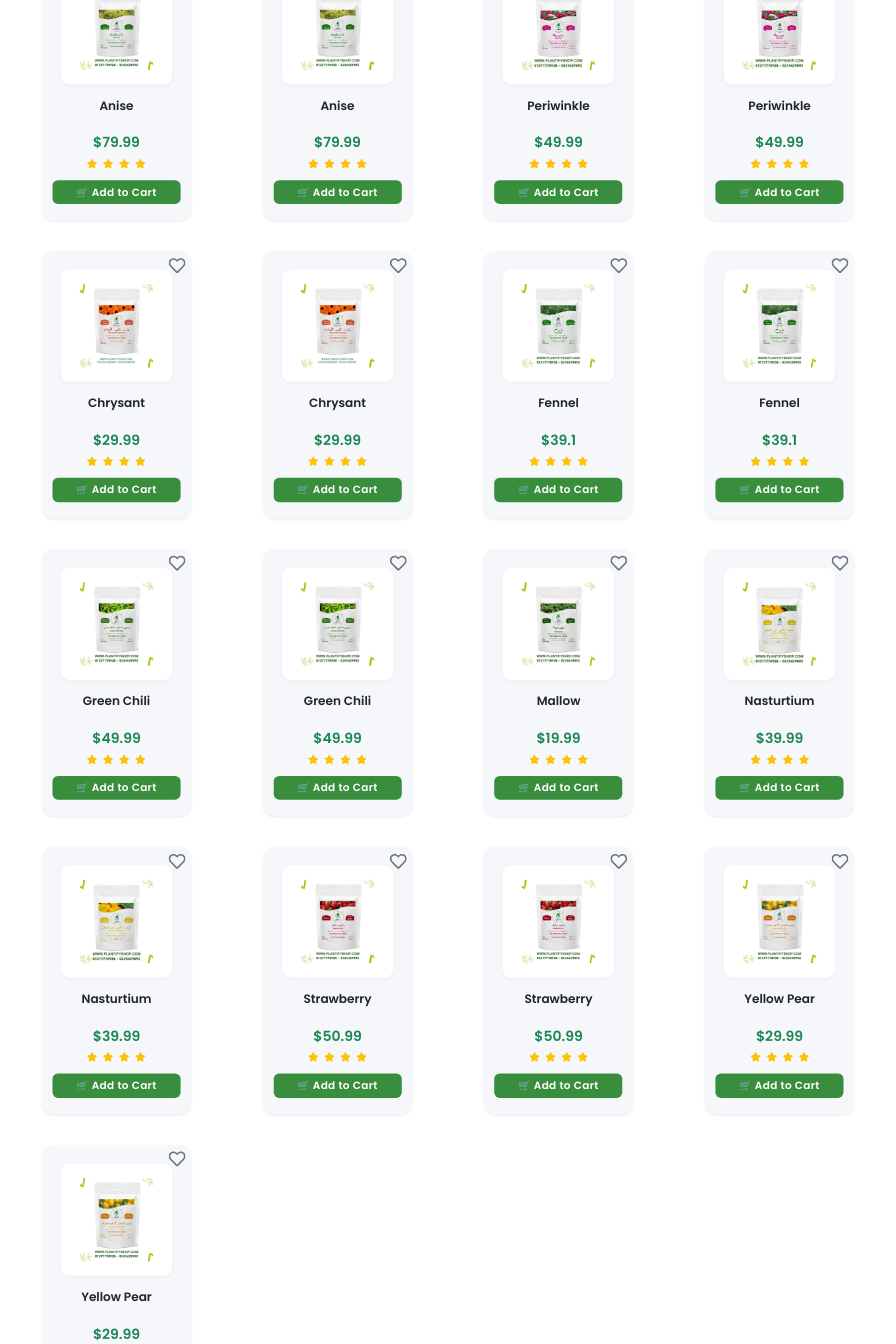
Repository: ShimaaMohamedRoshdi/WorkSpace-agromind
Page: /crops (app in agricultural-management-system-vs/agricultural-management-system-main/)
An editor plug-in stored every save of this project. The page is shown before and after the next save, followed by the edit.
The browser window is 1280 px wide. The pictures show the part of the page from y = 749 to 2669 px (the page is 3306 px tall before and 3906 px after), at 70% of full size.
Backgrounds fixed to the window are drawn as part of the page. The project was rebuilt for these pictures with package versions that can differ from the ones it lists, and the page was loaded fresh each time. Also part of the build but not shown: agricultural-management-system-vs/agricultural-management-system-main/vite.config.js, agricultural-management-system-vs/agricultural-management-system-main/services/api.jsx, agricultural-management-system-vs/agricultural-management-system-main/src/pages/SignUp.jsx, agricultural-management-system-vs/agricultural-management-system-main/src/pages/SignIn.jsx, agricultural-management-system-vs/agricultural-management-system-main/src/components/HealthyFoods.css, agricultural-management-system-vs/agricultural-management-system-main/src/components/HealthyFoods.jsx, agricultural-management-system-vs/agricultural-management-system-main/src/components/Products.jsx, agricultural-management-system-vs/agricultural-management-system-main/src/components/AgricultureSkill.jsx and 40 more.

Above is the page before, as saved 2025-05-09 23:35:02.

After the next save:
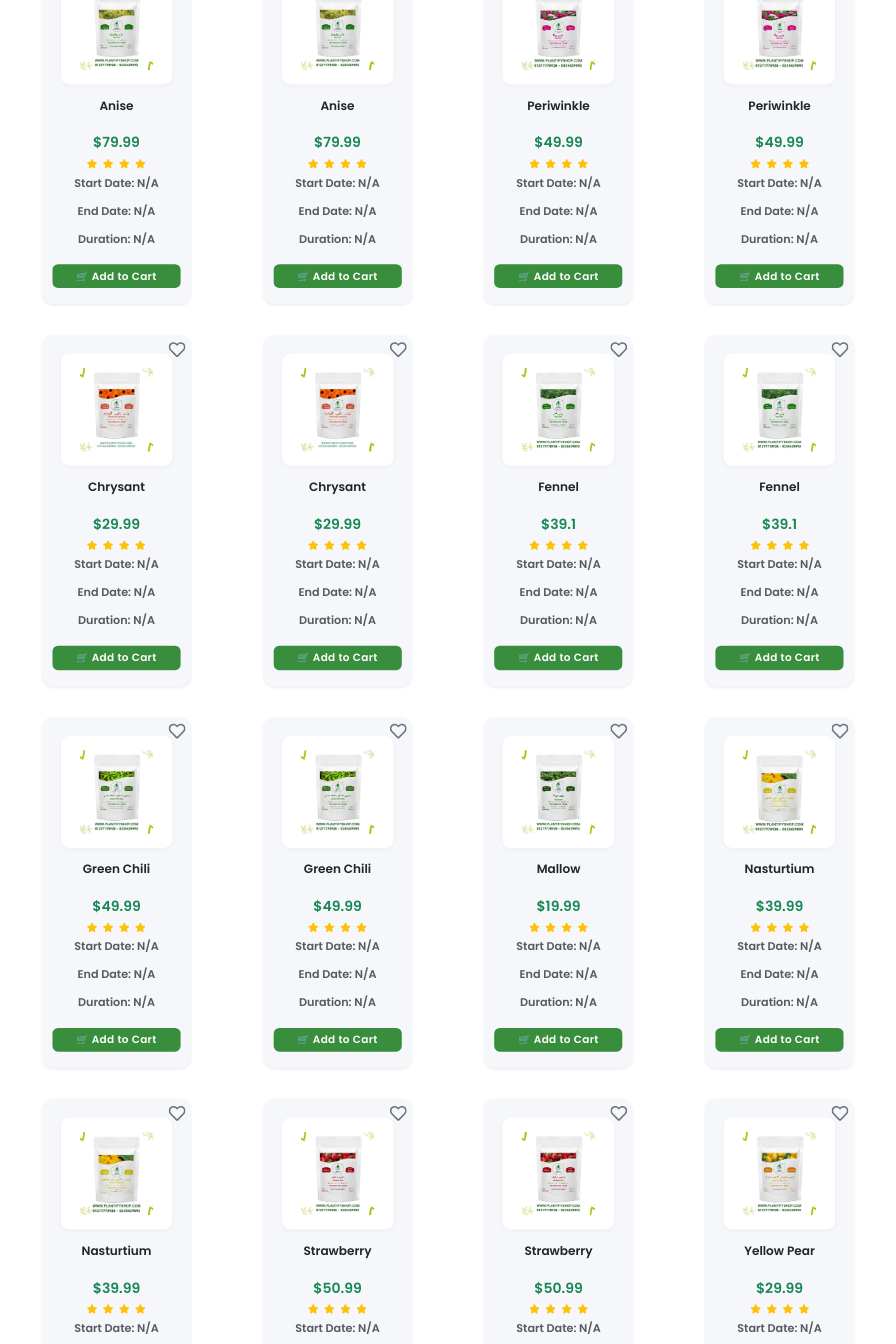
Saved 4 min 36 s later.
--- a/agricultural-management-system-vs/agricultural-management-system-main/src/components/ProductCard.jsx
+++ b/agricultural-management-system-vs/agricultural-management-system-main/src/components/ProductCard.jsx
@@ -147,6 +147,13 @@ const ProductCard = ({ product }) => {
                 />
               ))}
             </div>
+
+            {/* New fields: Start Date, End Date, Duration */}
+            <div className="text-muted" style={{ fontSize: 14 }}>
+              <p>Start Date: {product.startDate || "N/A"}</p>
+              <p>End Date: {product.endDate || "N/A"}</p>
+              <p>Duration: {product.duration || "N/A"}</p>
+            </div>
           </div>
         </Link>
 
